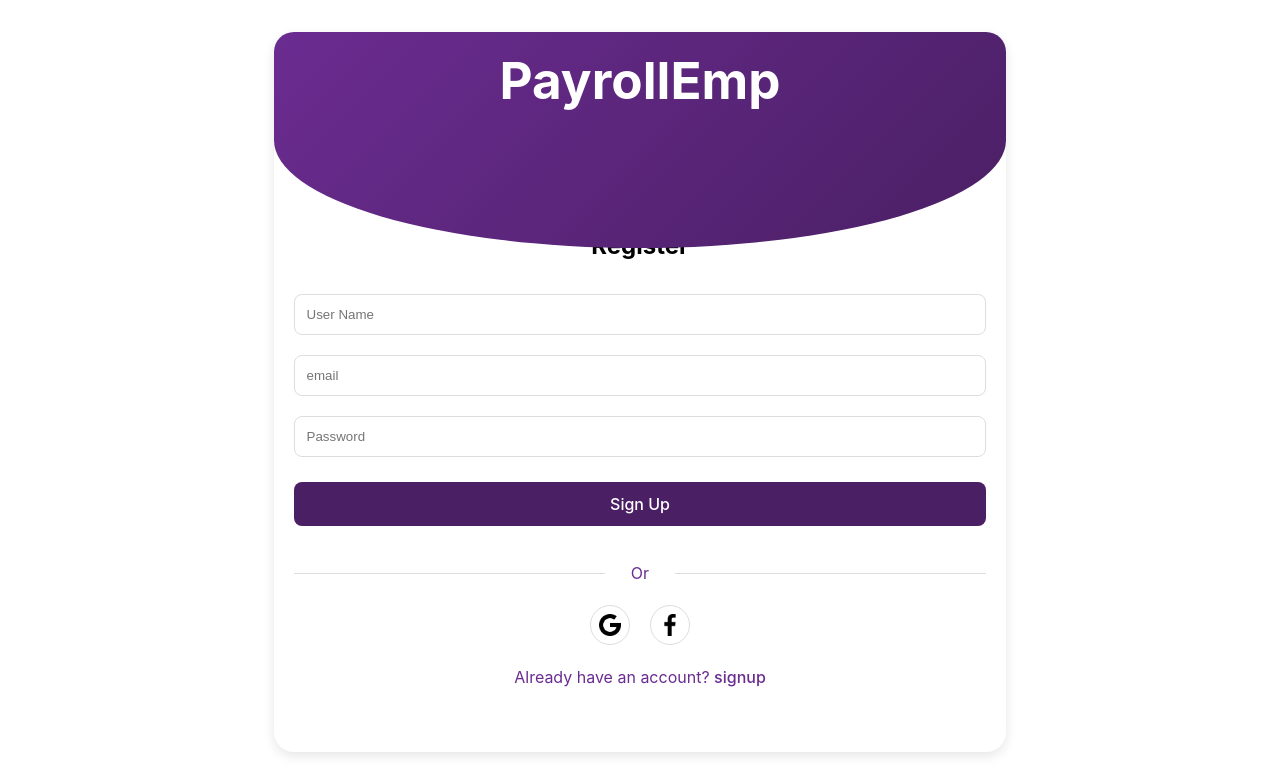
Repository: nino-pixel/payrolllatest
Page: /signup (app in web_vue/)
The author's editor kept a copy of each file at every save. The page is drawn from the files as they stood at one save, then again after the next save.
The browser window is 1280 px wide. The pictures show the whole page.
The project was rebuilt for these pictures with package versions that can differ from the ones it lists, and the page was loaded fresh each time. Also part of the build but not shown: web_vue/vite.config.js, web_vue/src/components/login_page.vue.

Above is the page before, as saved 2024-12-18 19:40:40.

### web_vue/src/App.vue

<template>
 <router-view></router-view>

</template>

<script>
import login_page from './components/login_page.vue'
 // Import the component

export default {
  name: 'App',
  components: {
    login_page,
  }
}
</script>
<style scoped>
.logo {
  height: 6em;
  padding: 1.5em;
  will-change: filter;
  transition: filter 300ms;
}
.logo:hover {
  filter: drop-shadow(0 0 2em #646cffaa);
}
.logo.vue:hover {
  filter: drop-shadow(0 0 2em #42b883aa);
}
</style>

### web_vue/src/router/index.js
import { createRouter, createWebHistory } from 'vue-router'
import LoginPage from '../components/login_page.vue'
import SignupPage from '../components/sign_up.vue'


const routes = [
  {
    path: '/',
    name: 'Login',
    component: LoginPage
  },
  {
    path: '/signup',
    name: 'Signup',
    component: SignupPage
  }
  // Add other routes here as needed
]

const router = createRouter({
  history: createWebHistory(),
  routes
})

export default router

### web_vue/src/components/sign_up.vue
<template>
  <div class="signup-container">
    <div class="wave-bg"></div>
    <h1>PayrollEmp</h1>

    <div class="signup-form">
      <h2>Register</h2>
      <input
        type="text"
        v-model="username"
        placeholder="User Name"
      >
      <input
        type="text"
        v-model="email"
        placeholder="email"
      >
      <input
        type="password"
        v-model="password"
        placeholder="Password"
      >
      <button
        class="sign-up"
        @click="handlesignup"
      >
        Sign Up
      </button>

      <div class="divider">
        <span>Or</span>
      </div>

      <div class="social-signup">
        <button class="google" @click="handleGooglesignup">
          <img src="../assets/google-icon.png" alt="Google">
        </button>
        <button class="facebook" @click="handleFacebooksignup">
          <img src="../assets/facebook-icon.png" alt="Facebook">

        </button>
      </div>

      <p class="signup-link">
    Already have an account?
    <router-link :to="{path: '/'}">signup</router-link>
  </p>
    </div>
  </div>
</template>

<script>
export default {
  name: 'signupPage',
  data() {
    return {
      username: '',
      password: ''
    }
  },
  methods: {
    handlesignup() {
      // Implement signup logic here
      console.log('signup attempt with:', {
        username: this.username,
        password: this.password
      })
    },
    handleGooglesignup() {
      // Implement Google signup logic
      console.log('Google signup clicked')
    },
    handleFacebooksignup() {
      // Implement Facebook signup logic
      console.log('Facebook signup clicked')
    },
    goToSignup() {
      // Implement navigation to signup page
      console.log('Navigate to signup')
      // this.$router.push('/signup')
    }
  }
}
</script>

<style scoped>
h2{
  color: black;
}
/* Your existing CSS remains the same */
body {
    margin: 0;
    font-family: Arial, sans-serif;
    background: #f5f5f5;
}

.signup-container {
  width: 100%;
    position: relative;
    min-height: 100vh;  /* Changed from max-width to min-height */
    background: white;
    border-radius: 20px;
    box-shadow: 0 4px 12px rgba(0,0,0,0.1);
    display: flex;      /* Added for better centering */
    flex-direction: column;
    align-items: center;
}

.wave-bg {
    position: absolute;
    top: 0;
    left: 0;
    right: 0;
    height: 30vh;       /* Changed to viewport height */
    background: linear-gradient(135deg, #6b2c91, #4a1f64);
    border-radius: 20px 20px 50% 50%;
}

h1 {
    color: white;
    position: relative;
    margin: 20px;
}

.signup-form {
    padding: 20px;
    margin-top: 60px;
}

input {
    width: 100%;
    padding: 12px;
    margin: 10px 0;
    border: 1px solid #ddd;
    border-radius: 8px;
    box-sizing: border-box;
}

.sign-up {
    width: 100%;
    padding: 12px;
    background: #4a1f64;
    color: white;
    border: none;
    border-radius: 8px;
    margin: 15px 0;
    cursor: pointer;
}

.divider {
    text-align: center;
    margin: 20px 0;
    position: relative;

    color: #6b2c91;
}

.divider::before,
.divider::after {
    content: "";
    position: absolute;
    top: 50%;
    width: 45%;
    height: 1px;
    background: #ddd;

    color: #6b2c91;
}

.divider::before { left: 0; }
.divider::after { right: 0; }

.social-signup {
    display: flex;
    justify-content: center;
    gap: 20px;
}

.social-signup button {
    width: 40px;
    height: 40px;
    border-radius: 50%;
    border: 1px solid #ddd;
    background: white;
    cursor: pointer;
    padding: 8px;
}

.social-signup img {
    width: 100%;
    height: 100%;
    object-fit: contain;
}

.signup-link {
    text-align: center;
    margin-top: 20px;
    color: #6b2c91;

}

.signup-link a {
    color: #6b2c91;
    text-decoration: none;
}
</style>

Loaded but not shown: web_vue/src/main.js (common file); web_vue/src/style.css (common file)

After the next save:
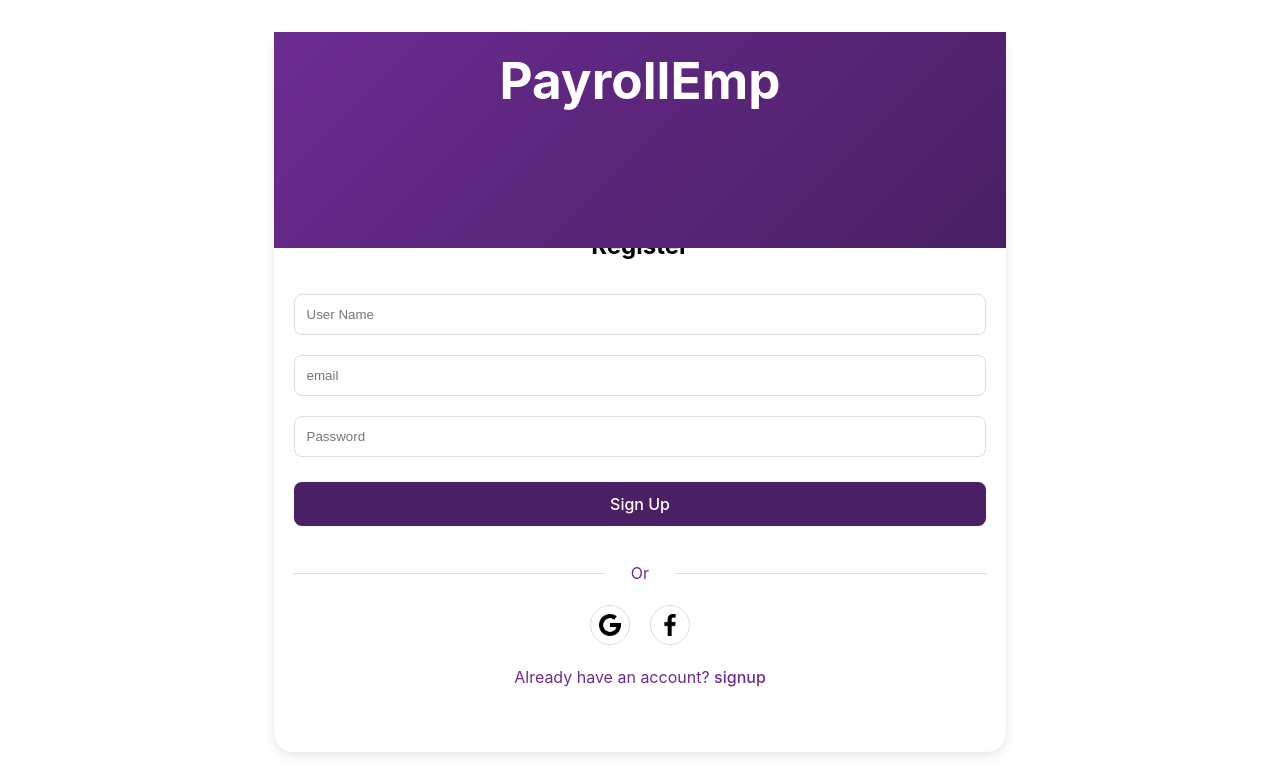
Saved 6 s later.
--- a/web_vue/src/components/sign_up.vue
+++ b/web_vue/src/components/sign_up.vue
@@ -113,7 +113,7 @@ body {
     right: 0;
     height: 30vh;       /* Changed to viewport height */
     background: linear-gradient(135deg, #6b2c91, #4a1f64);
-    border-radius: 20px 20px 50% 50%;
+    border-radius: 0;   /* Remove border radius for full width */
 }
 
 h1 {
